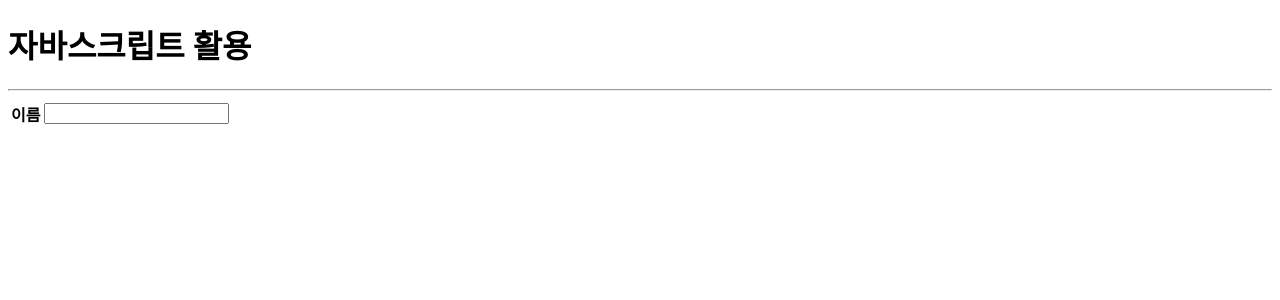
Repository: lolsoyeon/WebStudy
Page: WebApp03/WebContent/Test016.html
The author's editor kept a copy of each file at every save. The page is drawn from the files as they stood at one save, then again after the next save.
The browser window is 1280 px wide. The pictures show the whole page.

Above is the page before, as saved 2022-09-29 08:25:54.

### WebApp03/WebContent/Test016.html
<!DOCTYPE html>
<html>
<head>
<meta charset="UTF-8">
<title>Test016.html</title>
</head>
<body>

<div>
	<h1>자바스크립트 활용</h1>
	<hr>
</div>

<!--
사용자로부터 이름, 국어점수, 영어점수, 수학점수를 입력받아
평균점수와 판정결과를 출력하는 페이지를 구성한다.
 판정결과는 합격 과락 불합격 중 하나로 처리한다.

 합격은 모든 과목 점수가 40점 이상이면서 평균 60점 이상인 경우
 과락은 평균이 60점 이상이지만 한 과목 이라도 과목 점수가
 40점 미만의 과목이 존재하는 경우
 불합격은 평균이 60점 미만인 경우로 처리한다.
 (정보처리기사 / 산업기사 처리 기준과 동일한 원칙적용)

 HTML, CSS, Javascript 활용

 페이지 레이아웃
 ------------------------------------------------

 이름	  [      ]
 국어점수 [      ]
 영어점수 [      ]
 수학점수 [      ]

 <처리결과 확인>

 평균     판정결과
 [    ]   [       ]
 ------------------------------------------------


 -->

 <div>
 	<form>
 		<table>
 			<tr>
 				<th>이름</th>
 				<td>
 					<input type="text" id="name" class="textName" style="word-spacing: ">
 				</td>
 			</tr>
 		</table>
 	</form>
 </div>
</body>
</html>

After the next save:
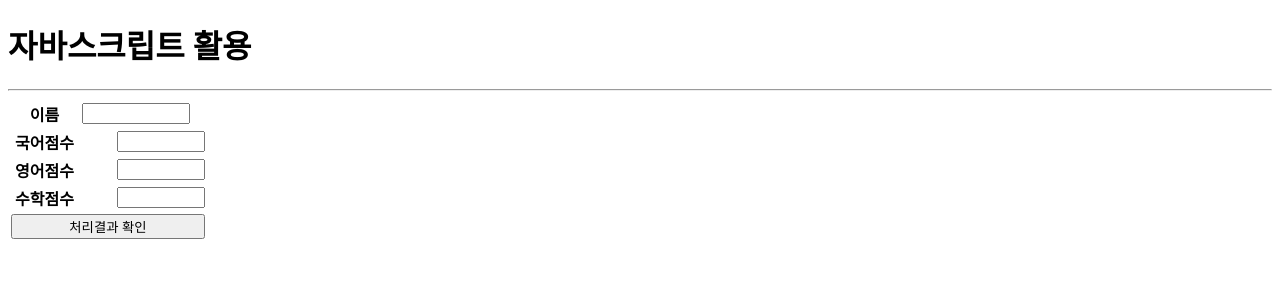
Saved 3 min 56 s later.
--- a/WebApp03/WebContent/Test016.html
+++ b/WebApp03/WebContent/Test016.html
@@ -43,13 +43,54 @@
 
  <div>
  	<form>
- 		<table>
+ 		<table style="width: 200px;">
  			<tr>
  				<th>이름</th>
  				<td>
- 					<input type="text" id="name" class="textName" style="word-spacing: ">
+ 					<input type="text" id="name" class="textName" style="width: 100px;">
  				</td>
  			</tr>
+
+ 			<tr>
+ 				<th>국어점수</th>
+ 				<td style="text-align: right;">
+ 					<input type="text" id="kor" class="textScore" style="width: 80px;">
+ 				</td>
+ 			</tr>
+
+ 			<tr>
+ 				<th>영어점수</th>
+ 				<td style="text-align: right;">
+ 					<input type="text" id="eng" class="textScore" style="width: 80px;">
+ 				</td>
+ 			</tr>
+
+ 			<tr>
+ 				<th>수학점수</th>
+ 				<td style="text-align: right;">
+ 					<input type="text" id="mat" class="textScore" style="width: 80px;">
+ 				</td>
+ 			</tr>
+
+ 			<tr>
+ 				<td colspan="2">
+ 					<input type="button" class="btn" value="처리결과 확인"
+ 					style="width: 100%;">
+ 				</td>
+ 			</tr>
+
+ 			<tr style="height: 20px;">
+
+ 			</tr>
+ 			<tr>
+ 				<td>
+
+ 				</td>
+ 			</tr>
+
+
+
+
  		</table>
  	</form>
  </div>
